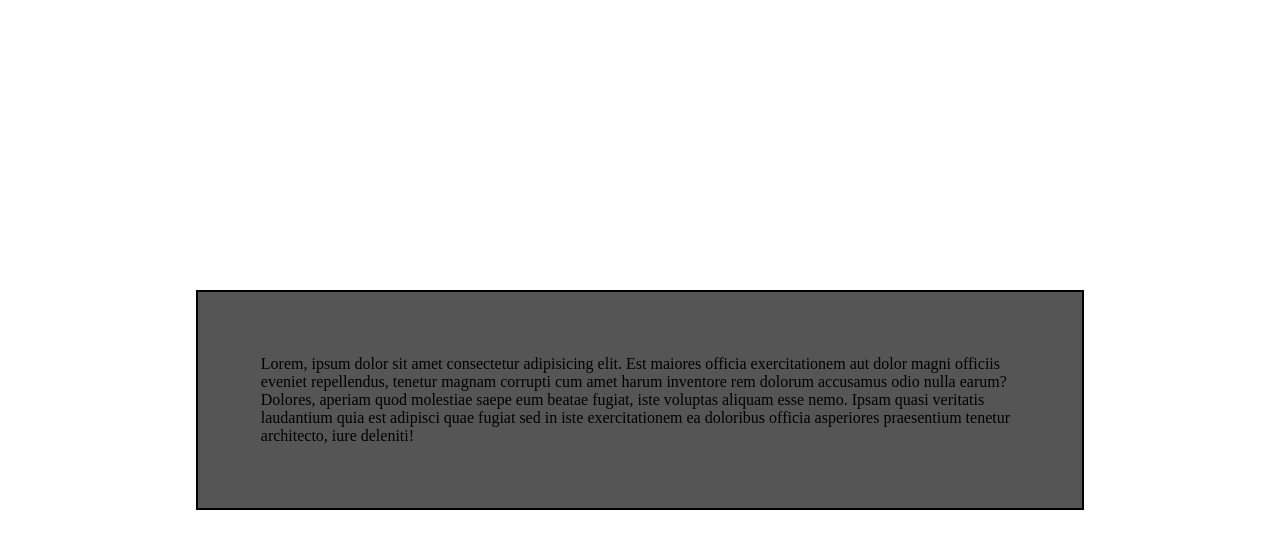
Repository: AdityaNarayan29/DSA
Page: Sorting/test.html
These files come from the project's save history. The page is drawn as it stood at one moment and after the next save; the edit follows.
The browser window is 1280 px wide. The pictures show the whole page.

Above is the page before, as saved 2021-09-24 08:54:25.

### Sorting/test.html
<!DOCTYPE html>
<html lang="en">
<head>
        <meta charset="UTF-8">
        <meta http-equiv="X-UA-Compatible" content="IE=edge">
        <meta name="viewport" content="width=device-width, initial-scale=1.0">
        <title>Document</title>
        <style>
                @keyframes anim{
                        0%{
                                background: #000;
                        }
                        50%{
                                background: #555;
                        }
                        100%{
                                background: rgb(129, 26, 26);
                                position: relative;
                                top: 100px;
                        }
                }
                div{
                        padding: 5%;
                        border: 2px solid black;
                        margin: auto;
                        margin-top: 15%;
                }
                #element{
                        max-width: 60%;
                        max-height: 30%;
                        animation: anim 2s infinite;
                }
        </style>
</head>
<body>
        <div id="element">Lorem, ipsum dolor sit amet consectetur adipisicing elit. Est maiores officia exercitationem aut dolor magni officiis eveniet repellendus, tenetur magnam corrupti cum amet harum inventore rem dolorum accusamus odio nulla earum? Dolores, aperiam quod molestiae saepe eum beatae fugiat, iste voluptas aliquam esse nemo. Ipsam quasi veritatis laudantium quia est adipisci quae fugiat sed in iste exercitationem ea doloribus officia asperiores praesentium tenetur architecto, iure deleniti!</div>
</body>
</html>

After the next save:
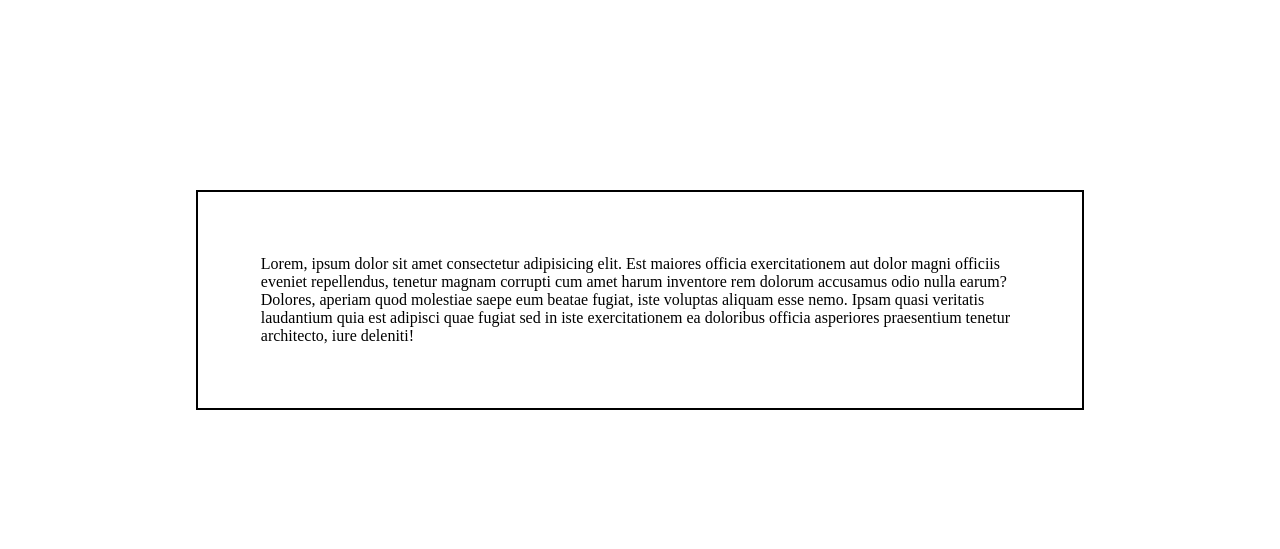
Saved 59 s later.
--- a/Sorting/test.html
+++ b/Sorting/test.html
@@ -28,7 +28,7 @@
                 #element{
                         max-width: 60%;
                         max-height: 30%;
-                        animation: anim 2s infinite;
+                        animation: anim 4s;
                 }
         </style>
 </head>
